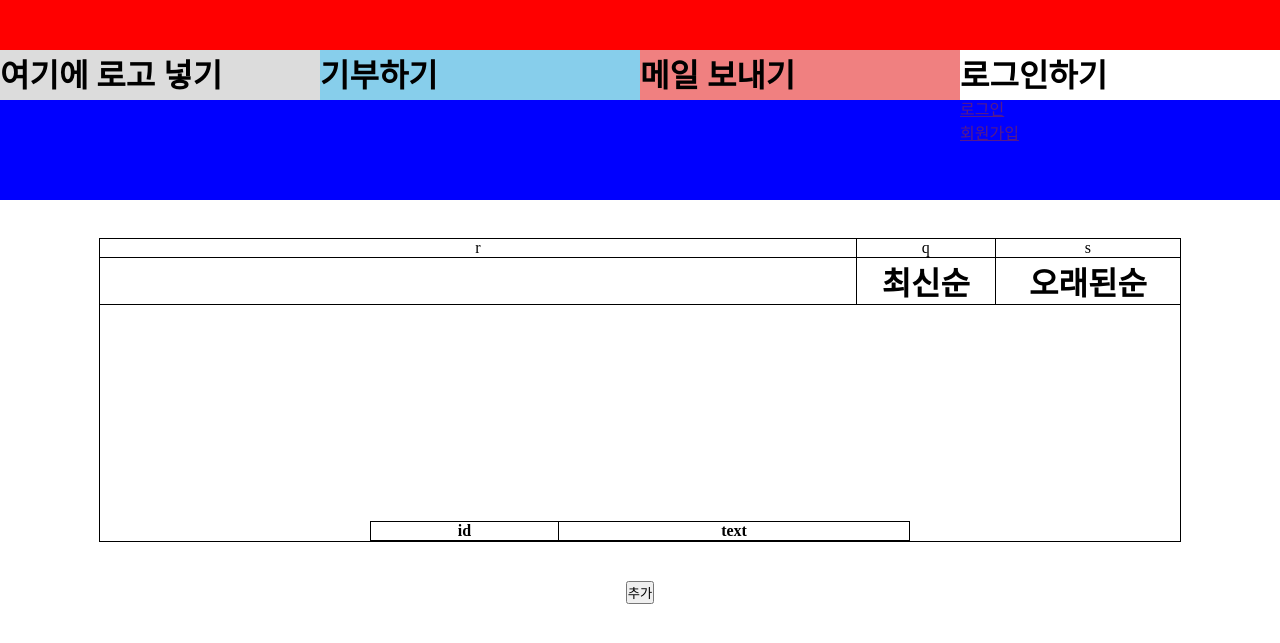
Repository: Yeojin0523/Survey
Page: http://localhost/Blog/Blog/list.jsp
These files come from the project's save history. The page is drawn as it stood at one moment and after the next save; the edit follows.
The browser window is 1280 px wide. The pictures show the whole page.
The page is served by Tomcat 9. Other server files are loaded and not shown. The template is opened directly, without the code that normally fills it, so the values that code supplies are empty.

Above is the page before, as saved 2024-07-29 05:31:30.

### Blog/src/main/webapp/Blog/list.jsp
<%@ page language="java" contentType="text/html; charset=UTF-8"
	pageEncoding="UTF-8"%>
<%@ page import="java.util.List"%>
<%@ page import="java.util.ArrayList"%>
<%@ page import="java.sql.DriverManager"%>
<%@ page import="java.sql.ResultSet"%>
<%@ page import="java.sql.PreparedStatement"%>
<%@ page import="java.sql.Connection"%>
<%@ page import="java.sql.SQLException"%>

<%
Connection conn = null;
PreparedStatement pstmt = null;
ResultSet rs = null;
%>

<!DOCTYPE html>
<html>
<head>
<meta charset="UTF-8">
<title>my blog</title>
<script src="list.js"></script>
<link rel="stylesheet" href="list.css">
</head>
<body>
	<div class="wrapper">
		<div class="wrap">
			<div class="top_gnb_area"></div>
			<div class="top_area">
				<div class="logo_area">
					<h1>여기에 로고 넣기</h1>
				</div>
				<div class="donate_area">
					<h1>기부하기</h1>
				</div>

				<div class="mail_area">
					<h1>메일 보내기</h1>
				</div>
				<div class="login_area">
					<h1>로그인하기</h1>
					<!-- 로그인 안한 상태 -->
					<c:if test="${memeber == null}">
						<div class="loginBtn">
							<a href="">로그인</a>
						</div>
						<span><a href="">회원가입</a></span>
					</c:if>
				</div>
			</div>
		</div>
	</div>




	<div class="frame">
		<table class="outer_table">
			<tr>
				<td>r</td>
				<td>q</td>
				<td>s</td>
			</tr>
			<tr class="list">
				<td class="emptySpace"></td>
				<td>
					<h1>최신순</h1>
				</td>
				<td>
					<h1>오래된순</h1>
				</td>
			</tr>
			<tr>
				<td colspan="3">
					<div class="content">
						<div class="donateList">
							<table class="inner_table">
								<tr>
									<th>id</th>
									<th>text</th>
								</tr>
								<%
								try {
									Class.forName("oracle.jdbc.driver.OracleDriver");
									conn = DriverManager.getConnection("jdbc:oracle:thin:@localhost:1521:XE", "c##systemid", "systempwd");
									String sql = "SELECT * FROM blog";
									pstmt = conn.prepareStatement(sql);
									rs = pstmt.executeQuery();

									while (rs.next()) {
										out.println("<tr>");
										out.println("<td>" + rs.getInt("seq") + "</td>");
										out.println("<td>" + rs.getString("text") + "</td>");
										out.println("</tr>");
									}
								} catch (Exception e) {
									e.printStackTrace();
								} finally {
									try {
										if (rs != null)
									rs.close();
										if (pstmt != null)
									pstmt.close();
										if (conn != null)
									conn.close();
									} catch (Exception e) {
										e.printStackTrace();
									}
								}
								%>
							</table>
						</div>
					</div>
				</td>
			</tr>
		</table>
	</div>


	<div class="button_area">
		<button id="insertBtn">추가</button>
	</div>
</body>
</html>

### Blog/src/main/webapp/Blog/list.js
/** list.js의 script file
 *
 */
document.addEventListener("DOMContentLoaded", function(){
	document.getElementById("insertBtn").addEventListener("click", function(){
		window.location.href="InsertForm.jsp";
	});
});

### Blog/src/main/webapp/Blog/list.css
@charset "UTF-8";
*{
	margin:0;
	padding:0;
}
/*화면 전체*/
.wrapper{
	width:100%;
}
/*content 랩*/
.content{
	width:1080px;
	margin:auto;
}
.top_gnb_area{
	width:100%;
	height:50px;
	background-color: red;
}
.top_area{
	width:100%;
	height:150px;
	background-color: blue;
	align-items: center;
}
.logo_area{
	width:25%;
	height:50px;
	background-color: gainsboro;
	float:left;
}
.donate_area{
	width:25%;
	height:50px;
	background-color: skyblue;
	float:left;
}
.mail_area{
	width:25%;
	height:50px;
	background-color: lightcoral;
	float:left;
}
.login_area{
	width:25%;
	height:50px;
	background-color: white;
	float:right;
}
table{
	margin-left:auto;
	margin-right:auto;
	text-align: center;
}
table, td, th{
	border-collapse: collapse;
	border:1px solid black;
}
.outer_table{
	margin-top:3%;
}
.inner_table{
	margin-top:20%;
	width:50%;
	height:50%;
}
.button_area{
	text-align: center;
	padding:3%;
}
.emptySpace{
	width:70%;
}

After the next save:
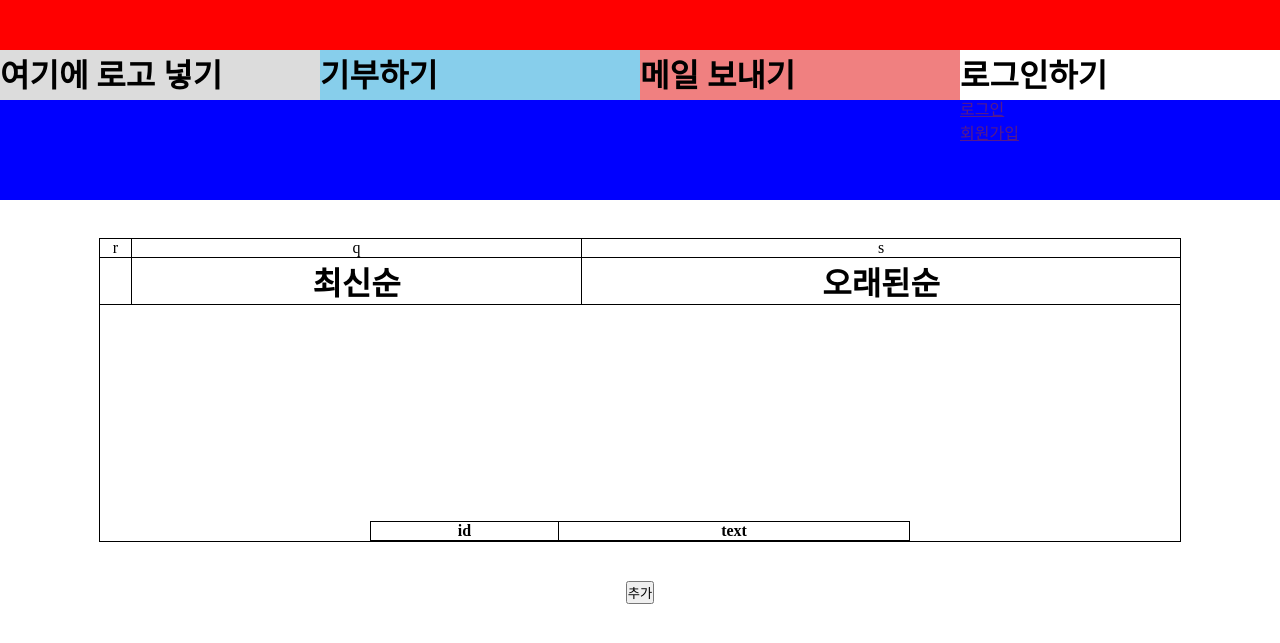
Saved 4 min 12 s later.
--- a/Blog/src/main/webapp/Blog/list.css
+++ b/Blog/src/main/webapp/Blog/list.css
@@ -68,6 +68,3 @@ table, td, th{
 	text-align: center;
 	padding:3%;
 }
-.emptySpace{
-	width:70%;
-}
